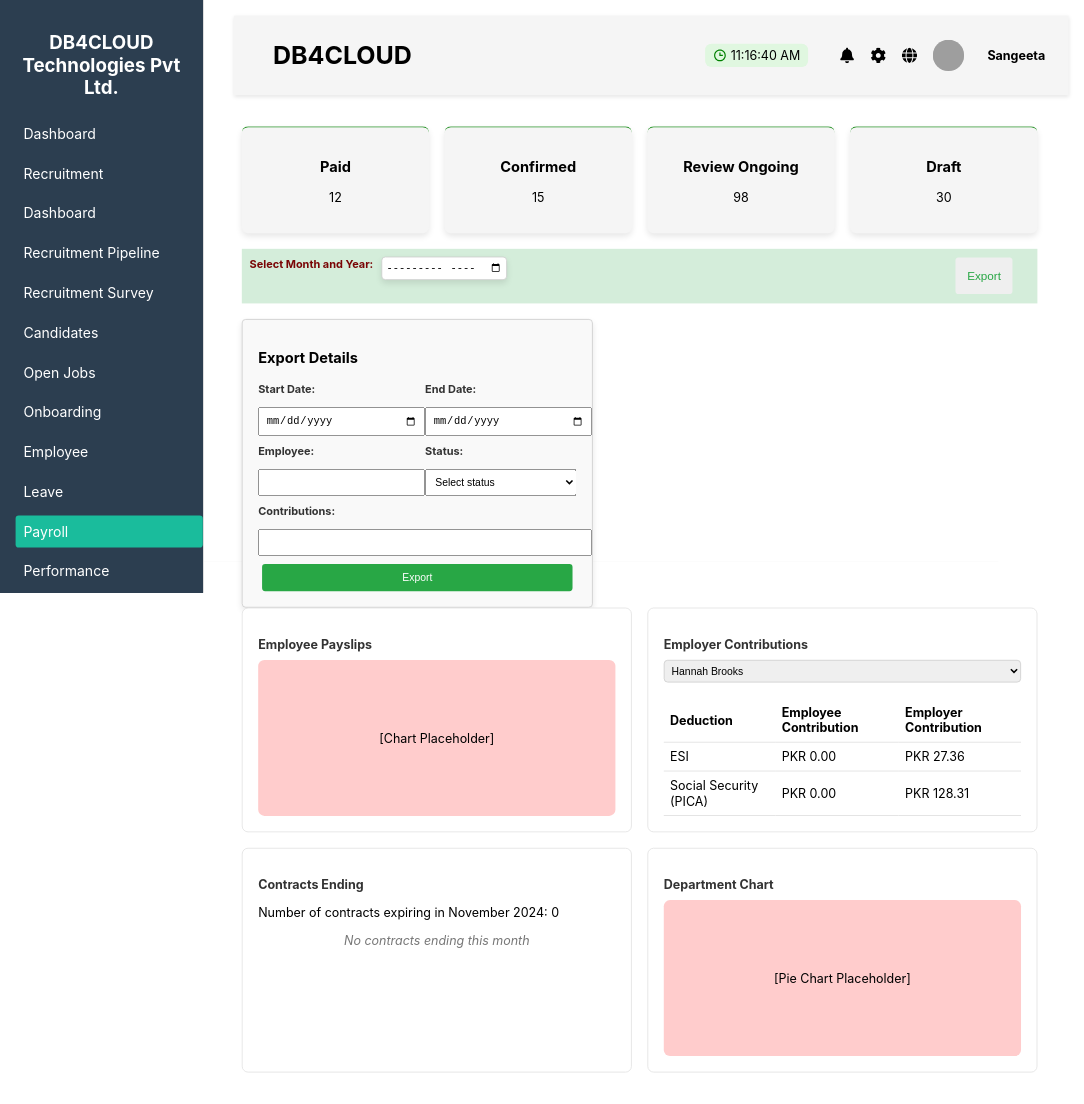
Repository: tinu-ns/Dev-code
Page: /payroll/payroll-dashboard (app in HRMS-DEMO-Sang/hrms/), after clicking the first element matching `button.export`
An editor plug-in stored every save of this project. The page is shown before and after the next save, followed by the edit.
The browser window is 1280 px wide. The page is 1390 px wide, so the pictures cover 1390 px, including what lies to the right of the window. The pictures show the whole page, at 78% of full size.
Pictures or frames that could not be fetched are drawn as grey boxes. The project was rebuilt for these pictures with package versions that can differ from the ones it lists, and the page was loaded fresh each time. Also part of the build but not shown: HRMS-DEMO-Sang/hrms/src/components/Dashboard.js, HRMS-DEMO-Sang/hrms/src/components/Recruitment.js, HRMS-DEMO-Sang/hrms/src/components/Payroll/Payroll.js, HRMS-DEMO-Sang/hrms/src/components/Leave.js, HRMS-DEMO-Sang/hrms/src/components/Employee.js, HRMS-DEMO-Sang/hrms/src/components/MainContent.css, HRMS-DEMO-Sang/hrms/src/components/MainContent.js, HRMS-DEMO-Sang/hrms/src/components/RightSidebar.css and 8 more. Imported but missing from the stored project, and not drawn on this page: HRMS-DEMO-Sang/hrms/src/components/Onboarding, HRMS-DEMO-Sang/hrms/src/components/Performance.

Above is the page before, as saved 2024-11-06 11:39:10.

### HRMS-DEMO-Sang/hrms/src/App.js
// App.js
import React from 'react';
import { BrowserRouter as Router, Route, Routes, Navigate } from 'react-router-dom';
import Sidebar from './components/Sidebar';
import Dashboard from './components/Dashboard';
import Recruitment from './components/Recruitment';
import Onboarding from './components/Onboarding';
import Performance from './components/Performance';
import Payroll from './components/Payroll/Payroll';
import Leave from './components/Leave';
import Employee from './components/Employee';
import Header from './components/Header';
import MainContent from './components/MainContent';
import RightSidebar from './components/RightSidebar';
import RecruitmentDashboard from './components/Recruitment/RecruitmentDashboard';
import RecruitmentPipeline from './components/Recruitment/RecruitmentPipeline';
import Allowances from './components/Payroll/Allowances';
import Contract from './components/Payroll/Contract';
import Deductions from './components/Payroll/Deductions';
import Payslips from './components/Payroll/Payslips';
import PayrollDashboard from './components/Payroll/PayrollDashboard';
import EmployeeDashboard from './components/Employee/EmployeeDashboard';


import './App.css';

function App() {
  return (
    <Router>
      <div className="app">
        <Sidebar />
        <div className='content-container'>
          <Header />
          <div className="main-section">
            <Routes>
              {/* Main Dashboard Route */}
              <Route path="/" element={<><MainContent /><RightSidebar /></>} />

              {/* Subpage Routes */}
              <Route path="/dashboard" element={<Dashboard />} />
              <Route path="/recruitment" element={<Recruitment />} />
              <Route path="/recruitment/dashboard" element={<RecruitmentDashboard />} />
              <Route path="/recruitment/pipeline" element={<RecruitmentPipeline />} />
              <Route path="/recruitment/survey" element={<div>Survey Page</div>} />
              <Route path="/recruitment/candidates" element={<div>Candidates Page</div>} />
              <Route path="/recruitment/open-jobs" element={<div>Open Jobs Page</div>} />
              <Route path="/onboarding" element={<Onboarding />} />
              <Route path="/employee" element={<Employee />} />

              {/* Payroll Section Routes */}

              <Route path="/employee" element={<EmployeeDashboard />} />
            {/* Other routes */}
            <Route path="*" element={<Navigate to="/employee" />} />

              <Route path="/leave" element={<Leave />} />

              {/* Payroll Section Routes */}
              <Route path="/payroll" element={<Payroll />} />
              <Route path="/payroll/allowances" element={<Allowances />} />
              <Route path="/payroll/contract" element={<Contract />} />
              <Route path="/payroll/deductions" element={<Deductions />} />
              <Route path="/payroll/payslips" element={<Payslips />} />
              <Route path="/payroll/payroll-dashboard" element={<PayrollDashboard />} />
              <Route path="/performance" element={<Performance />} />


              {/* Redirect unknown routes to main dashboard */}
              <Route path="*" element={<Navigate to="/" />} />
            </Routes>
          </div>
        </div>
      </div>
    </Router>
  );
}

export default App;

### HRMS-DEMO-Sang/hrms/src/components/Sidebar.js
import React, {useState} from "react";
import { NavLink } from "react-router-dom";

import "./Sidebar.css"
const Sidebar = () => {
  const [isPayrollOpen, setIsPayrollOpen] = useState(false);
  const togglePayrollMenu = () => {
    setIsPayrollOpen(!isPayrollOpen);
  };


  return (
    <div className="container">
    <div className="sidebar">
      <h2>DB4CLOUD Technologies Pvt Ltd.</h2>
      <ul className="sidebar-list">
      <li>
          <NavLink to="/dashboard" activeClassName="active">
            Dashboard
          </NavLink>
        </li>
        <li>
          <NavLink to="/recruitment" activeClassName="active">
            Recruitment
          </NavLink>
          <ul>
            <li><NavLink to="/recruitment/dashboard">Dashboard</NavLink></li>
            <li><NavLink to="/recruitment/pipeline">Recruitment Pipeline</NavLink></li>
            <li><NavLink to="/recruitment/survey">Recruitment Survey</NavLink></li>
            <li><NavLink to="/recruitment/candidates">Candidates</NavLink></li>
            <li><NavLink to="/recruitment/open-jobs">Open Jobs</NavLink></li>
          </ul>
        </li>
        {/* Add more items as needed */}
        <li>
          <NavLink to="/onboarding" activeClassName="active">
            Onboarding
          </NavLink>
        </li>
        <li>
          <NavLink to="/employee" activeClassName="active">
            Employee
          </NavLink>
        </li>
        <li>
          <NavLink to="/leave" activeClassName="active">
            Leave
          </NavLink>
        </li>
            {/* Payroll section */}
        <li>
          <NavLink to="/payroll" activeClassName="active" className="menu-toggle" onClick={togglePayrollMenu}>
            Payroll
          </NavLink>

          {isPayrollOpen && (
            <ul className="submenu">
              <li><NavLink to="/payroll/payroll-dashboard">Dashboard</NavLink></li>
              <li><NavLink to="/payroll/allowances">Allowances</NavLink></li>
              <li><NavLink to="/payroll/contract">Contracts</NavLink></li>
              <li><NavLink to="/payroll/deductions">Deductions</NavLink></li>
              <li><NavLink to="/payroll/payslips">Payslips</NavLink></li>
              <li><NavLink to="/payroll/payroll">Payroll</NavLink></li>
              <li><NavLink to="/payroll/loan-advance-salary">Loan / Advance Salary</NavLink></li>
              <li><NavLink to="/payroll/encashments-reimbursements">Encashments & Reimbursements</NavLink></li>
              <li><NavLink to="/payroll/federal-tax">Federal Tax</NavLink></li>
            </ul>
          )}
        </li>
        <li>
          <NavLink to="/performance" activeClassName="active">
            Performance
          </NavLink>
        </li>
        <li>
          <NavLink to="/offboarding" activeClassName="active">
            Offboarding
          </NavLink>
        </li>
        <li>
          <NavLink to="/assets" activeClassName="active">
            Assets
          </NavLink>
        </li>
        <li>
          <NavLink to="/help-desk" activeClassName="active">
            Help Desk
          </NavLink>
        </li>
        <li>
          <NavLink to="/configuration" activeClassName="active">
            Configuration
          </NavLink>
        </li>
      </ul>
    </div>

    </div>
  );
};

export default Sidebar;

### HRMS-DEMO-Sang/hrms/src/components/Header.js
import React, {useState,useEffect} from 'react'
import {FaBell, FaCog, FaGlobe, FaSignOutAlt} from 'react-icons/fa'
import {BiTime} from 'react-icons/bi'
import './Header.css'

const Header = () => {
    const [currentTime, setCurrentTime] = useState('')
    const [showDropdown, setShowDropdown] = useState(false);

    const getCurrentTime = () => {
        const now = new Date()
        return now.toLocaleTimeString()   // Returns time as HH:MM:SS
    }

// Update time every second
useEffect(() => {
    const timer = setInterval(() => {
      setCurrentTime(getCurrentTime());
    }, 1000); // Update every 1000ms (1 second)

    // Cleanup interval on component unmount
    return () => clearInterval(timer);
  }, []); // Empty dependency array to run only on mount/unmount


    const toggleDropdown = () => {
        setShowDropdown(!showDropdown)
    }


  return (
    <header className='bg-container'>
      <div className='header'>
        <div className="header-left">
        <button className='menu-button'></button>
        <h1>DB4CLOUD</h1>
        </div>

        <div className="header-right">
          {/*  <p>You cannot mark attendence from this network</p> */}

                {/* Time display*/ }
                <div className="time-box">
                    <BiTime className='time-icon' />
                    <span>{currentTime}</span>
                </div>

                {/*Icons for notificatins, settings, etc. */}
                <FaBell className='icon' title='Notifications' />
                <FaCog className="icon" title="Settings" />
                <FaGlobe className='icon' title='Language' />

                {/* User Profile with dropdown*/ }

                <div className="user-profile" onClick={toggleDropdown}>
                    <div className="user-avatar">
                    < img src="https://th.bing.com/th/id/OIP.Pgv1PargHCECE7gCB5kJ-wHaKx?rs=1&pid=ImgDetMain"
                alt="user-Avatar" className="avatar" />
                    </div>
                    <span className="user-name">Sangeeta</span>

{showDropdown && (
    <div className="dropdown">
        <ul>
            <li>Profile</li>
            <li>Setting</li>
            <li>
                <FaSignOutAlt /> Logout
            </li>
        </ul>
    </div>
)}

</div>

     {  /*      <div className="user-info">
                <span className='user-name'>Shalu</span>
                < img src="https://th.bing.com/th/id/OIP.Pgv1PargHCECE7gCB5kJ-wHaKx?rs=1&pid=ImgDetMain"
                alt="user-Avatar" className="avatar" />
            </div>
            */ }
        </div>


      </div>

    </header>
  )
}

export default Header

### HRMS-DEMO-Sang/hrms/src/App.css
.app{
  display: flex;
  height: 100vh;
  background-color: #f4f4f4;
}

.content-container{
  flex-grow: 1;
  padding: 20px;
  background-color: #fff;
  margin-left: 200px;
  display: flex;
  flex-direction: column;

}

.main-section{
  display: flex;
  justify-content: space-between;
  padding: 20px;
}


.sidebar {
  width: 220px;
  background-color: #2c3e50;
  position: fixed;
  height: 100vh;
}

### HRMS-DEMO-Sang/hrms/src/components/Sidebar.css
 .container{
    display: flex;
    height: 100vh;
    margin-right: 50px;
}

/*
.content{
    flex-grow: 1;
    padding: 20px;
    padding-left: 50px;

}  */

.sidebar {
    width: 220px;
    height: 100vh;
    background-color: #503f2c;
    padding: 20px;
    color: white;
    height: 100vh;
    position: fixed;
    border-right: 2px solid #ddd;
    overflow-y: auto;        /* Allows vertical scrolling */
    position: fixed;
    margin-right: 200px;        /* Keeps sidebar fixed on the left side */

  }



  .sidebar h2{
    text-align: center;
    margin-bottom: 30px;
    font-size: 24px;
  }

  .sidebar-list{
    list-style-type: none;
    padding: 0;
  }


  .sidebar-list li{
    margin-bottom: 15px;
  }

  .sidebar-list li a {
    color: white;
    text-decoration: none;
    font-size: 18px;
    padding: 10px;
    border-radius: 4px;
    display: block;
  }

  .sidebar-list li a:hover{
    color: #1abc9c;
  }

  .sidebar-list li a.active{
    background-color: #1abc9c;
    color: white;
  }

  .sidebar {
    width: 250px;
    background-color: #2E3A46;
    color: #FFF;
    padding: 20px;
    height: 100vh;
  }

  .sidebar h2 {
    font-size: 1.5em;
    margin-bottom: 1em;
  }

  .sidebar ul {
    list-style: none;
    padding: 0;
  }

  .sidebar li {
    margin: 10px 0;
  }

  .sidebar li ul {
    margin-top: 5px;
  }

  .sidebar a {
    color: #FFF;
    text-decoration: none;
  }

  .sidebar a:hover {
    text-decoration: underline;
  }

  .sidebar a.active {
    color: #20c997;
  }

  .sidebar ul li a:hover, .menu-toggle:hover {
    background-color: #34495e;
  }

  .menu-toggle {
    background: none;
    border: none;
    color: #ecf0f1;
    font-size: 1rem;
    text-align: left;
    cursor: pointer;
    width: 100%;
    padding: 10px;
  }

  .submenu {
    list-style-type: none;
    padding-left: 20px;
  }

  .submenu li a {
    padding-left: 20px;
    font-size: 0.9rem;
  }

### HRMS-DEMO-Sang/hrms/src/components/Employee.css
/* EmployeeDashboard.css */
.employee-dashboard {
    padding: 20px;
  }

  .container {
    display: flex;
    justify-content: space-between;
    align-items: flex-start;
  }

  .month-year-selector {
    width: 40%;
  }

  .employee-details {
    width: 55%;
    padding: 10px;
    border: 1px solid #ccc;
    border-radius: 5px;
  }

  .calendar {
    margin-top: 10px;
    border: 1px solid #007bff;
    padding: 10px;
  }

  .calendar-month {
    display: grid;
    grid-template-columns: repeat(7, 1fr); /* 7 columns for the days */
    gap: 5px;
  }

  .calendar-day {
    padding: 10px;
    background-color: #f0f0f0;
    text-align: center;
    cursor: pointer;
    border: 1px solid #ccc;
    border-radius: 3px;
    transition: background-color 0.3s;
  }

  .calendar-day:hover {
    background-color: #d0e8ff;
  }

  .employee-chart {
    margin-top: 10px;
  }

  .employee-status {
    padding: 10px;
    border: 1px solid #ccc;
    border-radius: 5px;
    display: flex;
    justify-content: space-between;
    margin-bottom: 5px;
  }

  .draft { background-color: #fff3cd; }
  .reviewed { background-color: #cce5ff; }
  .confirmed { background-color: #d4edda; }
  .paid { background-color: #d1ecf1; }

### HRMS-DEMO-Sang/hrms/src/components/Header.css
.bg-container{
  padding-left: 30px;

}

.header {
    background-color: #f5f5f5;
    padding: 10px 20px;
    display: flex;
    justify-content: space-between;
    align-items: center;
    box-shadow: 0px 2px 5px rgba(0, 0, 0, 0.1);
  }

  .header-left {
    display: flex;
    align-items: center;
  }

  .menu-button {
    font-size: 24px;
    background: none;
    border: none;
    cursor: pointer;
  }

  .h1{
    margin-left: 15px;
    font-size: 24px;
    color: red! important ;
  }

  .header-right{
    display: flex;
    align-items: center;
  }

  .icon{
    margin-left: 20px;
    font-size: 20px;
    cursor: pointer;
  }

  .time-box {
    display: flex;
    align-items: center;
    background-color: #e0f7e0;
    padding: 5px 10px;
    border-radius: 8px;
    margin-right: 20px;
  }

  .time-icon {
    margin-right: 5px;
    font-size: 18px;
    color: green;
  }

  .user-profile{
    display: flex;
    align-items: center;
    cursor: pointer;
    position: relative;
  }

  .user-avatar{
    padding: 20px;
  }

  .avatar{
    width: 40px;
    height: 40px;
    background-color: #d4d4d4;
    border-radius: 50%;
    display: flex;
    justify-content: center;
    align-items: center;
    font-size: 18px;
    color: white;
    margin-right: 10px;

  }

  .user-name{
    font-weight: bold;
  }

  .dropdown{
    position: absolute;
    top: 50px;
    right: 0;
    background-color: #fff;
    box-shadow: 0px 2px 8px rgba(0, 0, 0, 0.1);
    border-radius: 5px;
    z-index: 100;
  }

  .dropdown ul {
    list-style-type: none;
    padding: 10px;
    margin: 0;
  }

  .dropdown ul li {
    padding: 10px 15px;
    cursor: pointer;
  }

  .dropdown ul li:hover {
    background-color: #f5f5f5;
  }

  .user-info {
    display: flex;
    align-items: center;
  }

  .user-name {
    margin-right: 10px;
  }

### HRMS-DEMO-Sang/hrms/src/components/Recruitment/RecruitmentPipeline.css
.pipeline-container {
    padding: 20px;
    background-color: #f5f5f5;
    border-radius: 8px;
  }

  .pipeline-section {
    margin-top: 20px;
  }

  .pipeline-section h3 {
    background-color: #f8f9fa;
    padding: 10px;
    border-left: 5px solid #ffa500;
  }

  .recruitment-table {
    width: 100%;
    border-collapse: collapse;
  }

  .recruitment-table th,
  .recruitment-table td {
    padding: 10px;
    border-bottom: 1px solid #ddd;
    text-align: left;
  }

  .recruitment-table th {
    background-color: #f1f1f1;
  }

  button {
    padding: 5px 10px;
    margin: 0 5px;
    border: none;
    border-radius: 4px;
    cursor: pointer;
  }

  button:hover {
    background-color: #ddd;
  }

### HRMS-DEMO-Sang/hrms/src/components/Payroll/PayrollDashboard.css
/* PayrollDashboard.css */
.payroll-dashboard {
  padding: 20px;
}

.status-containers {
  display: flex;
  justify-content: space-between;
  margin-bottom: 20px;
}

.status-container {
  background-color: #f0f0f0;
  border: 1px solid #ccc;
  padding: 10px;
  text-align: center;
  width: 18%;
}

.paid {
  background-color: #d4edda;
}
.confirmed {
  background-color: #cce5ff;
}
.review {
  background-color: #fff3cd;
}
.draft {
  background-color: #f8d7da;
}


.export-buttons {
  display: flex;
  gap: 10px;
  padding: 10px;
  text-align: center;
  cursor: pointer;
  width: 100px;


}

.export{
    color: #28a745;
    font-size: 15px;
    padding: 15px;
    font-weight: 400;

}

.export-form {
  margin-top: 20px;
  border: 1px solid #ccc;
  padding: 20px;
  background-color: #f9f9f9;
  border: 1px solid #ccc;
  border-radius: 5px;
  width: 40%;
  display: flex;
  flex-direction: column;
  box-shadow: 0px 4px 8px rgba(0, 0, 0, 0.1);
}

.form-row {
    display: flex;
    gap: 20px;
    margin-bottom: 10px;
  }

  .form-group {
    display: flex;
    flex-direction: column;
    flex: 1;
  }

  .form-group label {
    margin-bottom: 5px;
    font-size: 14px;
    color: #333;
    font-weight: bold;
  }

.export-form label {
  display: block;
  margin-bottom: 10px;
}

.export-form input,
.export-form select {
  width: 100%;
  padding: 8px;
  margin-top: 5px;
}

.export-form button {
  margin-top: 10px;
  padding: 10px;
  background-color: #28a745;
  color: white;
  border: none;
  cursor: pointer;
}

.status {
  display: flex;
  justify-content: space-around;
  gap: 20px;
}

.status-item {
  background-color: #f5f5f5;
  padding: 20px;
  width: 200px;
  text-align: center;
  border-radius: 8px;
  margin-bottom: 20px;
  box-shadow: 0px 4px 8px rgba(0, 0, 0, 0.1);
  border-top: 1px solid green;
}

.row-container {
  display: flex;
  align-items: center;
  justify-content: space-between; /* Space between calendar and export button */
  margin-bottom: 20px;
  background-color: #d4edda;
  text-align: center;

}

.calendar-container {
    margin-bottom: 20px;
  }


.date-selector {
  display: flex;
  flex-direction: row;
  padding: 10px;
}

.date-selector label {
  font-size: 14px;
  margin-bottom: 5px;
  margin-right: 10px;
  color: rgb(121, 5, 5);
  font-weight: bold;
  text-align: center;
}

.date-selector input[type="month"] {
  padding: 5px;
  border: 1px solid #ccc;
  border-radius: 5px;
  box-shadow: 0px 4px 8px rgba(0, 0, 0, 0.1);
}

.dashboard-content {
  display: grid;
  grid-template-columns: 1fr 1fr;
  gap: 20px;
}

.employee-payslips,
.contributions,
.contracts-ending,
.department-chart {
  background-color: #ffffff;
  border: 1px solid #e0e0e0;
  border-radius: 8px;
  padding: 20px;
}

.employee-payslips h3,
.contributions h3,
.contracts-ending h3,
.department-chart h3 {
  font-size: 16px;
  color: #333333;
  margin-bottom: 10px;
}

.payslip-chart,
.chart-placeholder {
  height: 200px;
  background-color: #ffcccc;
  border-radius: 8px;
  display: flex;
  align-items: center;
  justify-content: center;
}

.employee-dropdown {
  width: 100%;
  padding: 5px;
  margin-bottom: 10px;
  border: 1px solid #ccc;
  border-radius: 5px;
}

table {
  width: 100%;
  border-collapse: collapse;
  margin-top: 10px;
}

th,
td {
  padding: 8px;
  text-align: left;
  border-bottom: 1px solid #ddd;
}

.no-contracts {
  text-align: center;
  color: #777;
  font-style: italic;
}

### HRMS-DEMO-Sang/hrms/src/components/Employee/EmployeeDashboard.css
/* EmployeeDashboard.css */
.employee-dashboard {
    padding: 20px;
  }

  .container {
    display: flex;
    justify-content: space-between;
    align-items: flex-start;
  }

  .month-year-selector {
    width: 40%;
  }

  .employee-details {
    width: 55%;
    padding: 10px;
    border: 1px solid #ccc;
    border-radius: 5px;
  }

  .calendar {
    margin-top: 10px;
    border: 1px solid #007bff;
    padding: 10px;
  }

  .calendar-month {
    display: grid;
    grid-template-columns: repeat(7, 1fr); /* 7 columns for the days */
    gap: 5px;
  }

  .calendar-day {
    padding: 10px;
    background-color: #f0f0f0;
    text-align: center;
    cursor: pointer;
    border: 1px solid #ccc;
    border-radius: 3px;
    transition: background-color 0.3s;
  }

  .calendar-day:hover {
    background-color: #d0e8ff;
  }

  .employee-chart {
    margin-top: 10px;
  }

  .employee-status {
    padding: 10px;
    border: 1px solid #ccc;
    border-radius: 5px;
    display: flex;
    justify-content: space-between;
    margin-bottom: 5px;
  }

  .draft { background-color: #fff3cd; }
  .reviewed { background-color: #cce5ff; }
  .confirmed { background-color: #d4edda; }
  .paid { background-color: #d1ecf1; }

Loaded but not shown: HRMS-DEMO-Sang/hrms/public/index.html (common file); HRMS-DEMO-Sang/hrms/src/index.js (common file); HRMS-DEMO-Sang/hrms/src/index.css (common file); HRMS-DEMO-Sang/hrms/src/reportWebVitals.js (common file); HRMS-DEMO-Sang/hrms/src/components/Payroll/PayrollDashboard.js (185 lines, source omitted)

After the next save:
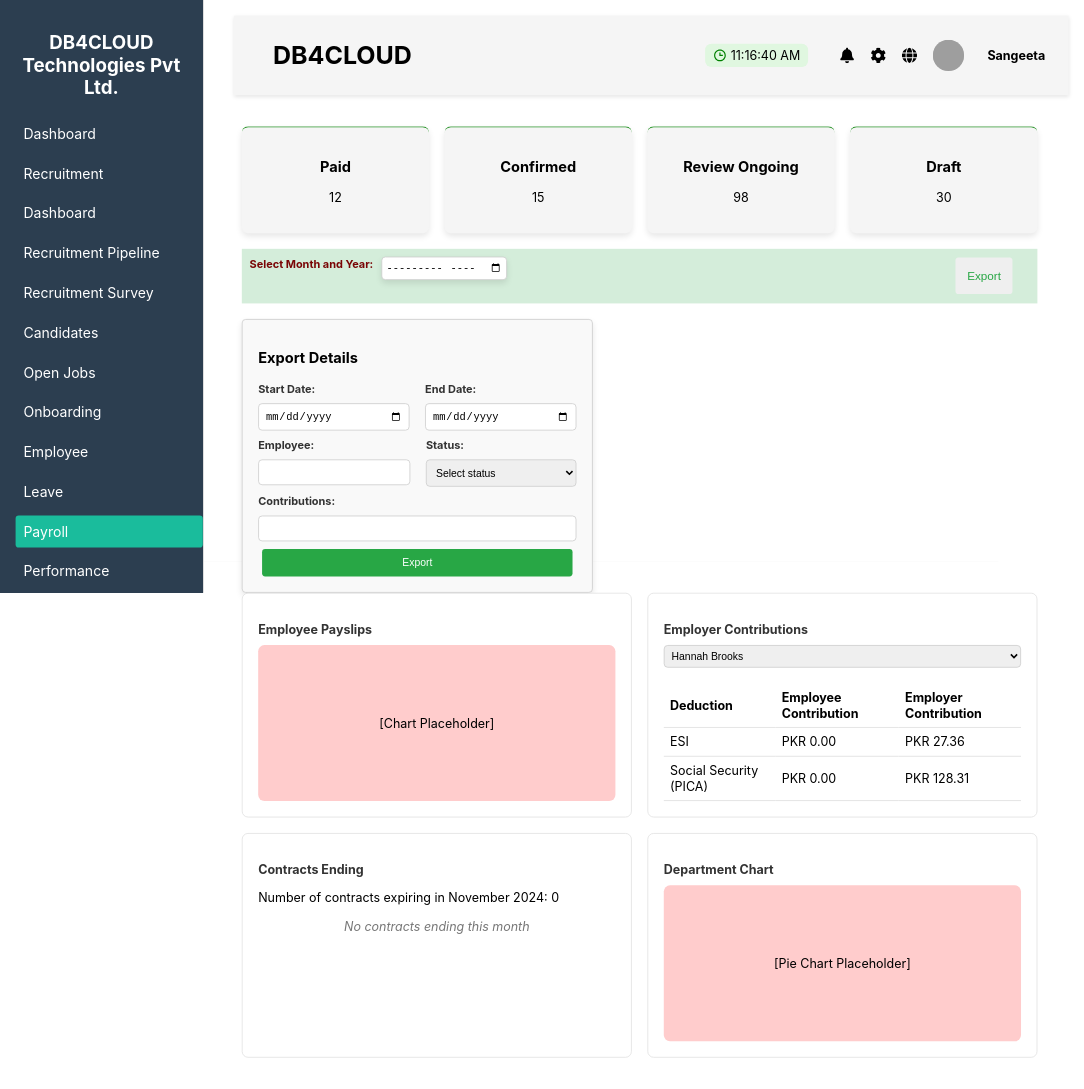
Saved 2 min 0 s later.
--- a/HRMS-DEMO-Sang/hrms/src/components/Payroll/PayrollDashboard.css
+++ b/HRMS-DEMO-Sang/hrms/src/components/Payroll/PayrollDashboard.css
@@ -89,9 +89,13 @@
 
 .export-form input,
 .export-form select {
-  width: 100%;
+    padding: 8px;
+  border: 1px solid #ccc;
+  border-radius: 5px;
+
+{/*  width: 100%;
   padding: 8px;
-  margin-top: 5px;
+  margin-top: 5px; */}
 }
 
 .export-form button {
